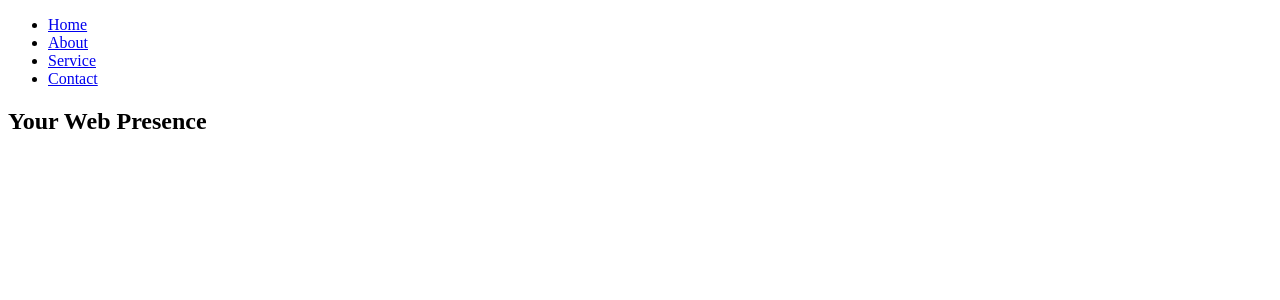
Repository: 1813404040072/grid-demo
Page: index.html
An editor plug-in stored every save of this project. The page is shown before and after a run of saves, followed by the edit.
The browser window is 1280 px wide. The pictures show the whole page.
Some web libraries are served in a nearby version.

Above is the page before, as saved 2019-12-24 22:50:26.

### index.html
<!DOCTYPE html>
<html lang="en">
<head>
    <meta charset="UTF-8">
    <meta name="viewport" content="width=device-width, initial-scale=1.0">
    <meta http-equiv="X-UA-Compatible" content="ie=edge">
    <title>GridBiz</title>
    <script defer src="https://use.fontawesome.com/398c293b39.js"></script>
    <link rel="stylesheet" href="style.css"/>
</head>
<body>
    <div class="wrapper">
        <!-- Navigation -->
        <nav class="main-nav">
            <ul>
                <li><a href="#">Home</a></li>
                <li><a href="#">About</a></li>
                <li><a href="#">Service</a></li>
                <li><a href="#">Contact</a></li>
            </ul>
        </nav>
        <!-- Top container -->
        <section class="top-container">
            <header class="showcase">
                <h1>Your Web Presence</h1>
            </header>
        </section>
    </div>
    <!-- wrapper Ends -->

</body>
</html>

Loaded but not shown: style.css (no copy from this time; the picture is the same without it)

After the next 2 saves:
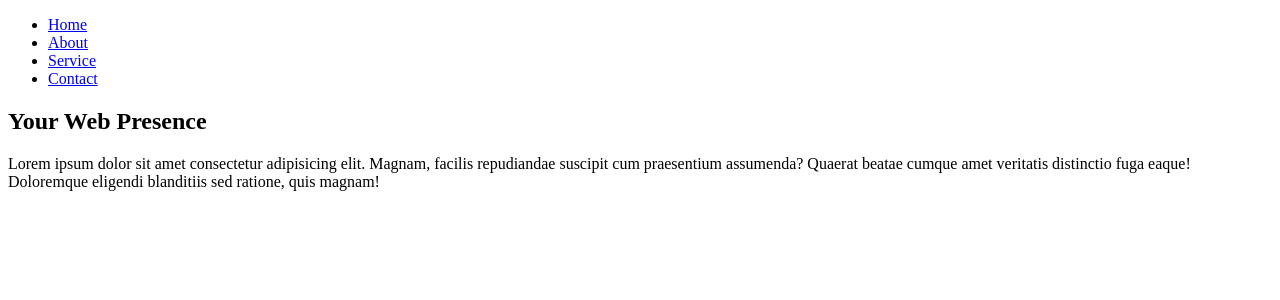
The 2 saves are shown as one change because they came seconds apart.
The last was saved 8 s later.
--- a/index.html
+++ b/index.html
@@ -23,6 +23,7 @@
         <section class="top-container">
             <header class="showcase">
                 <h1>Your Web Presence</h1>
+                <p>Lorem ipsum dolor sit amet consectetur adipisicing elit. Magnam, facilis repudiandae suscipit cum praesentium assumenda? Quaerat beatae cumque amet veritatis distinctio fuga eaque! Doloremque eligendi blanditiis sed ratione, quis magnam!</p>
             </header>
         </section>
     </div>
